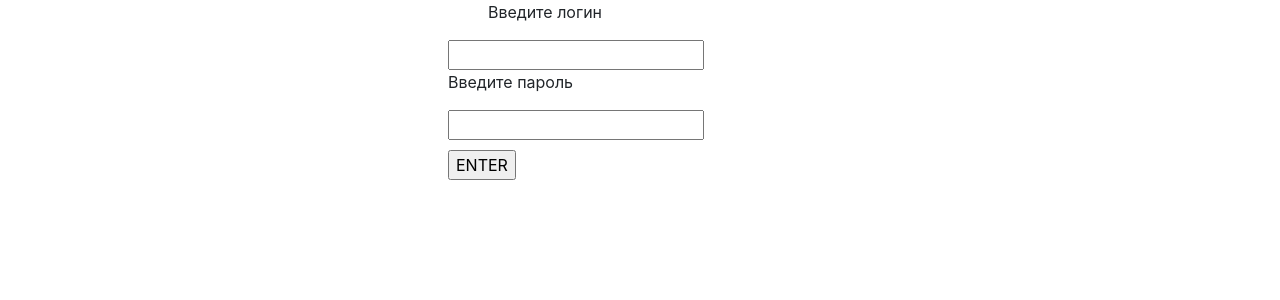
Repository: sMoonBeam/Labs
Page: MyList/WebContent/index.html
An editor plug-in stored every save of this project. The page is shown before and after the next save, followed by the edit.
The browser window is 1280 px wide. The pictures show the whole page.

Above is the page before, as saved 2019-10-16 20:43:11.

### MyList/WebContent/index.html
<!DOCTYPE html>
<html>

<head>
<meta charset="UTF-8">
<title>LOGIN</title>
<link href="https://stackpath.bootstrapcdn.com/bootstrap/4.3.1/css/bootstrap.min.css" rel="stylesheet">
</head>
<body>
	<form  action="mylist" method="POST" style="margin-left: 35%;">
		<p style="margin-left:40px;">Введите логин</p>
		<input type="text" name="login" required/>
		<p>Введите пароль</p>
		<input type="text" name="password"/>
		<br>
		<input style="margin-top: 10px;" type="submit" value="ENTER"/>
	</form>
</body>
</html>

After the next save:
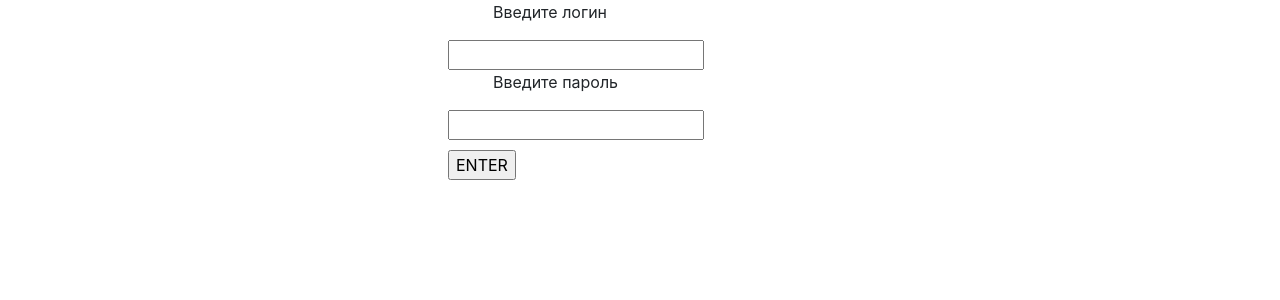
Saved 13 s later.
--- a/MyList/WebContent/index.html
+++ b/MyList/WebContent/index.html
@@ -8,9 +8,9 @@
 </head>
 <body>
 	<form  action="mylist" method="POST" style="margin-left: 35%;">
-		<p style="margin-left:40px;">Введите логин</p>
+		<p style="margin-left:45px;">Введите логин</p>
 		<input type="text" name="login" required/>
-		<p>Введите пароль</p>
+		<p style="margin-left:45px;">Введите пароль</p>
 		<input type="text" name="password"/>
 		<br>
 		<input style="margin-top: 10px;" type="submit" value="ENTER"/>
